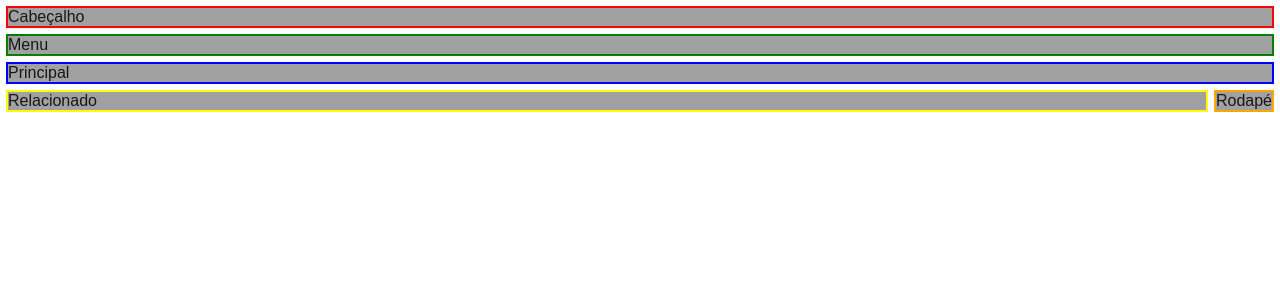
Repository: AleOi3/htmlTemplate
Page: /temp_one
The author's editor kept a copy of each file at every save. The page is drawn from the files as they stood at one save, then again after the next save.
The browser window is 1280 px wide. The pictures show the whole page.
The project was rebuilt for these pictures with package versions that can differ from the ones it lists, and the page was loaded fresh each time. The framework's server and built-in components were replaced by stand-ins that run in the browser. Also part of the build but not shown: next.config.ts.

Above is the page before, as saved 2024-12-09 00:36:14.

After the next save:
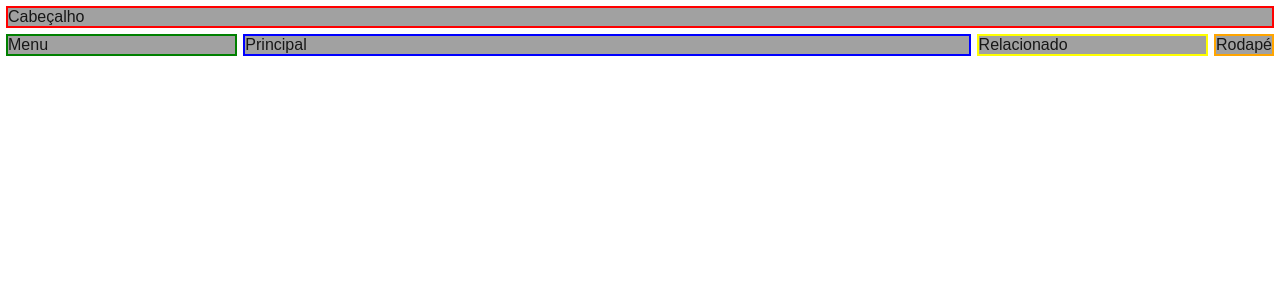
Saved 22 s later.
--- a/src/app/temp_one/page.tsx
+++ b/src/app/temp_one/page.tsx
@@ -21,7 +21,7 @@ const TemplateOnePage = () => {
             border: '2px solid blue',
             margin: 3,
             display: 'flex',
-            flex: '20 1 100vw',
+            flex: '20 1 100px',
             background: '#a1a1a1'
 
         }}>Principal</main>
